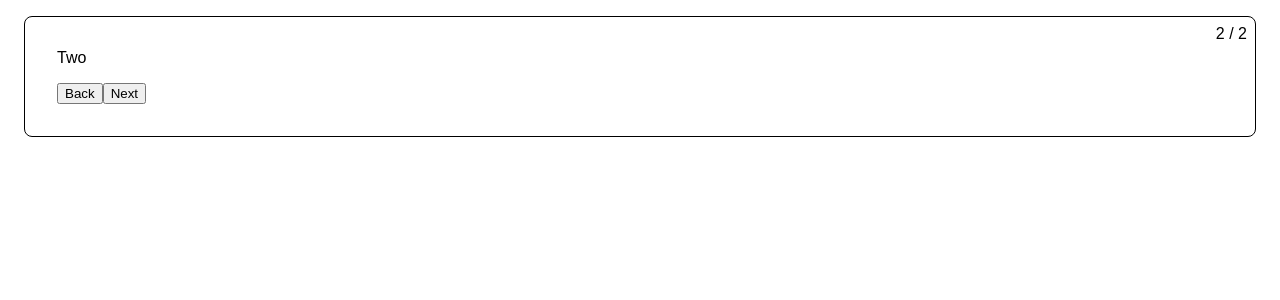
Repository: Aminox84/frontend-main
Page: /
The author's editor kept a copy of each file at every save. The page is drawn from the files as they stood at one save, then again after a run of saves.
The browser window is 1280 px wide. The pictures show the whole page.
The project was rebuilt for these pictures with package versions that can differ from the ones it lists, and the page was loaded fresh each time.

Above is the page before, as saved 2022-12-29 18:50:27.

After the next 5 saves:
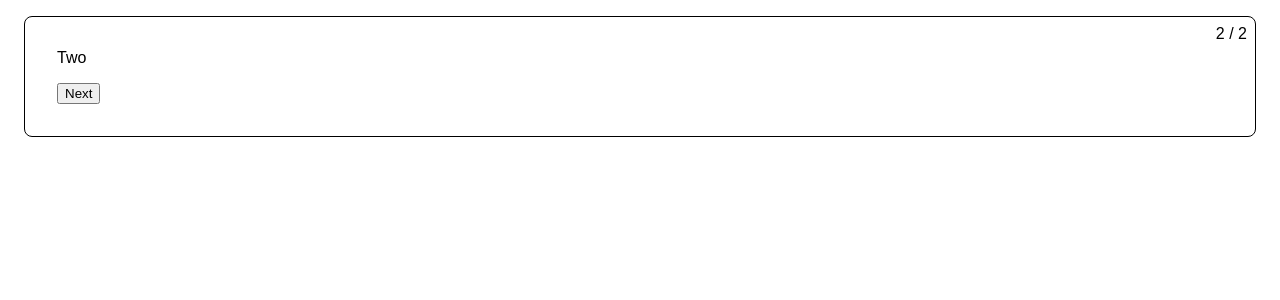
The 5 saves are shown as one change because 3 did not build or start and some came seconds apart.
The last was saved 71 s later.
--- a/src/App.tsx
+++ b/src/App.tsx
@@ -5,7 +5,7 @@ import { useMultistepForm } from './useMultistepForm';
 function App() {
 
 
-const {steps,currentStepIndex,step} = useMultistepForm([<div>One</div>,<div>Two</div>])
+const {steps,currentStepIndex,step,isFirstStep} = useMultistepForm([<div>One</div>,<div>Two</div>])
 
   return (
     <div style={{position:"relative",background:"white",border:"1px solid  black",padding:"2rem",margin:"1rem",borderRadius:".5rem",fontFamily:"Arial"}}>
@@ -13,7 +13,7 @@ const {steps,currentStepIndex,step} = useMultistepForm([<div>One</div>,<div>Two<
        <div style={{position:"absolute",top:".5rem",right:".5rem"}}> {currentStepIndex + 1} / {steps.length}</div>
        {step}
        <div style={{marginTop:"1rem",display:"fex",gap:".5rem",justifyContent:"flex-end"}}></div>
-       {currentStepIndex !== 0 && <button>Back</button>}
+       {!isFirstStep && <button>Back</button>}
        <button>Next</button>
       </form>
     </div>
--- a/src/useMultistepForm.ts
+++ b/src/useMultistepForm.ts
@@ -33,6 +33,7 @@ return {
     next,
     back,
     steps,
+    isFirstStep: currentStepIndex!==0,
 }
 
 }
